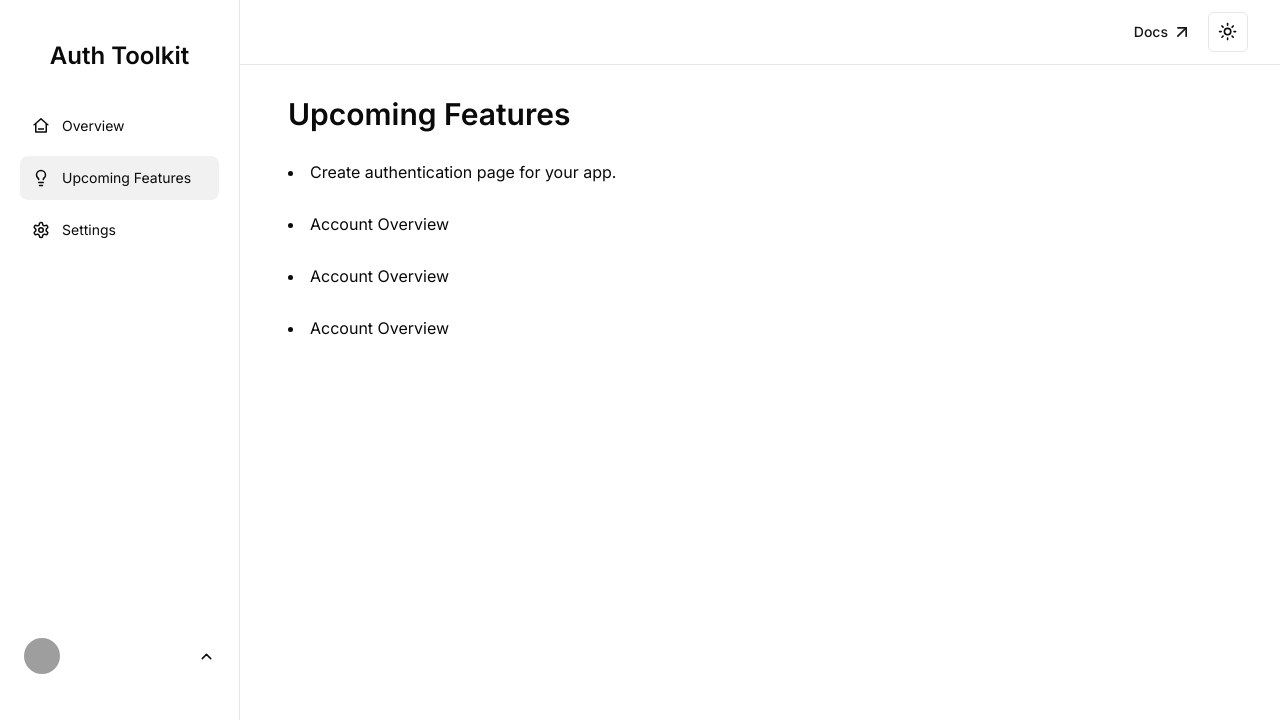
Repository: nickgoel31/authentication-toolkit
Page: /dashboard/features-todo
An editor plug-in stored every save of this project. The page is shown before and after the next save, followed by the edit.
The browser window is 1280 px wide. The pictures show the whole page.
Pictures or frames that could not be fetched are drawn as grey boxes. The page's requests for data from a server got no answer. The project was rebuilt for these pictures with package versions that can differ from the ones it lists, and the page was loaded fresh each time. The framework's server and built-in components were replaced by stand-ins that run in the browser. No one was signed in, and anything a server would have sent is missing. Also part of the build but not shown: next.config.mjs.

Above is the page before, as saved 2024-02-05 20:45:32.

### app/layout.tsx
import type { Metadata } from "next";
import { Inter } from "next/font/google";
import "./globals.css";
import { ThemeProvider } from "@/providers/theme-provider";
import { ModeToggle } from "@/components/mode-toggle";

const inter = Inter({ subsets: ["latin"] });

export const metadata: Metadata = {
  title: "Authentication App",
  description: "Generated by create next app",
};

export default function RootLayout({
  children,
}: Readonly<{
  children: React.ReactNode;
}>) {
  return (
    <html lang="en">
      <body className={inter.className}>
      <ThemeProvider
        attribute="class"
        defaultTheme="system"
        enableSystem
        disableTransitionOnChange
        >
        <div className="relative h-full">
          {children}

        </div>

      </ThemeProvider>
      </body>
    </html>
  );
}

### app/(protected)/dashboard/layout.tsx
import React from 'react'
import Sidebar from '../_components/sidebar'
import Navbar from '../_components/navbar'
import {SessionProvider} from 'next-auth/react'
import { auth } from '@/auth'

const DashboardLayout = async ({children} : {children:React.ReactNode}) => {
  const session = await auth();

  return (
    <SessionProvider session={session}>
      <div className='mx-auto flex flex-col relative pl-72 pt-24 pr-8 pb-8 h-screen'>
          <Sidebar />
          <Navbar />
          {children}
      </div>
    </SessionProvider>
  )
}

export default DashboardLayout

### app/(protected)/dashboard/features-todo/page.tsx
import React from 'react'

const FeaturesTODO = () => {
  return (
    <div className='flex flex-col space-y-7'>
        <h1 className='text-3xl font-semibold'>Upcoming Features</h1>

        <li>Create authentication page for your app.</li>
        <li>Account Overview</li>
        <li>Account Overview</li>
        <li>Account Overview</li>
    </div>
  )
}

export default FeaturesTODO

### app/globals.css
@tailwind base;
@tailwind components;
@tailwind utilities;

html,body{
  height: 100%;
}

@layer base {
  :root {
    --background: 0 0% 100%;
    --foreground: 0 0% 3.9%;

    --card: 0 0% 100%;
    --card-foreground: 0 0% 3.9%;

    --popover: 0 0% 100%;
    --popover-foreground: 0 0% 3.9%;

    --primary: 0 0% 9%;
    --primary-foreground: 0 0% 98%;

    --secondary: 0 0% 96.1%;
    --secondary-foreground: 0 0% 9%;

    --muted: 0 0% 96.1%;
    --muted-foreground: 0 0% 45.1%;

    --accent: 0 0% 96.1%;
    --accent-foreground: 0 0% 9%;

    --destructive: 0 84.2% 60.2%;
    --destructive-foreground: 0 0% 98%;

    --border: 0 0% 89.8%;
    --input: 0 0% 89.8%;
    --ring: 0 0% 3.9%;

    --radius: 0.5rem;
  }

  .dark {
    --background: 0 0% 3.9%;
    --foreground: 0 0% 98%;

    --card: 0 0% 3.9%;
    --card-foreground: 0 0% 98%;

    --popover: 0 0% 3.9%;
    --popover-foreground: 0 0% 98%;

    --primary: 0 0% 98%;
    --primary-foreground: 0 0% 9%;

    --secondary: 0 0% 14.9%;
    --secondary-foreground: 0 0% 98%;

    --muted: 0 0% 14.9%;
    --muted-foreground: 0 0% 63.9%;

    --accent: 0 0% 14.9%;
    --accent-foreground: 0 0% 98%;

    --destructive: 0 62.8% 30.6%;
    --destructive-foreground: 0 0% 98%;

    --border: 0 0% 14.9%;
    --input: 0 0% 14.9%;
    --ring: 0 0% 83.1%;
  }
}

@layer base {
  * {
    @apply border-border;
  }
  body {
    @apply bg-background text-foreground;
  }
}

### app/(protected)/_components/sidebar.tsx
"use client"

import { Button } from '@/components/ui/button';
import { cn } from '@/lib/utils';
import { Home, HomeIcon, Lightbulb, LightbulbOff, Lock, LucideHome, Settings } from 'lucide-react'
import { signOut, useSession } from 'next-auth/react';
import Link from 'next/link'
import { usePathname } from 'next/navigation';
import React from 'react'
import { RiHome3Line } from "react-icons/ri";
import UserButton from './user-button';

const sidebarLinks = [
    {
        icon: <RiHome3Line size={18}/>,
        name: "Overview",
        path: "/dashboard"
    },
    {
        icon: <Lightbulb size={18}/>,
        name: "Upcoming Features",
        path: "/dashboard/features-todo"
    },
    {
        icon: <Settings size={18}/>,
        name: "Settings",
        path: "/dashboard/settings"
    },
]


const Sidebar = () => {

    const path = usePathname()



  return (
    <div className='border-r bg-background z-[12] w-60 h-full fixed top-0 left-0 py-10 flex flex-col space-y-8 justify-between px-5'>
        <div className='flex flex-col space-y-8'>
            <h1 className='font-semibold text-2xl text-center'>Auth Toolkit</h1>

            <div className='flex flex-col gap-2'>
                {sidebarLinks.map((link) => (
                    <Link key={link.path} href={link.path} className={cn('flex gap-3 text-sm items-center hover:bg-neutral-500/10 dark:hover:bg-neutral-100/10 p-3 rounded-lg transition', path === link.path ? "bg-neutral-500/10 dark:bg-neutral-100/10" : "")}>
                        {link.icon}
                        {link.name}
                    </Link>
                ))}
            </div>
        </div>

        <div className=''>
            <UserButton />
        </div>
    </div>
  )
}

export default Sidebar

### app/(protected)/_components/navbar.tsx
import { ModeToggle } from '@/components/mode-toggle'
import { Button } from '@/components/ui/button'
import { ArrowUpRightIcon } from 'lucide-react'
import Link from 'next/link'
import React from 'react'

const Navbar = () => {
  return (
    <div className='border-b w-full fixed top-0 left-0 pl-60 z-[10] bg-background py-3 px-8 items-center flex justify-end'>
        <Button variant={"link"} className='group transition'>
            <Link href={"/docs"} className='flex gap-1 items-center font-medium'>
                Docs <ArrowUpRightIcon className='group-hover:translate-x-[2px] group-hover:-translate-y-[2px] transition'  size={20}/>
            </Link>
        </Button>
        <ModeToggle />
    </div>
  )
}

export default Navbar

### auth.ts
import NextAuth, { Session } from "next-auth"
import { PrismaAdapter } from "@auth/prisma-adapter"
import { PrismaClient } from "@prisma/client"
import authConfig from "./auth.config"
import { db } from "./lib/db"
import { JWT } from "next-auth/jwt"
import { getUserById } from "./helpers/auth-helper"

const prisma = new PrismaClient()

export const {
  handlers: {GET, POST},
  auth,
  signIn,
  signOut,
 } = NextAuth({

  pages: {
    signIn: "/sign-in",
    error: "/auth/error"
  },


  events:{
    async linkAccount({user}) {
      await db.user.update({
        where: {id: user.id},
        data: {emailVerified: new Date()}
      })
    }
  },


  callbacks:{

    async signIn({user, account}){

      if(account?.provider !== "credentials") return true;

      if(user.id){
        const existingUser = await getUserById(user.id);

        if(!existingUser || !existingUser.emailVerified){
          return false;
        }
      }

      return true;
    },

    async jwt({token}){
      if(!token.sub) return token;

      const existingUser = await getUserById(token.sub)

      if(!existingUser) return token;

      token.role = existingUser.role;
      token.userName = existingUser.userName;
      return token;
    },

    async session({token, session} : {session:Session, token?: JWT}){
      if (token) {
        if(session.user){
          session.user.id = token.sub;
        }

        if(token.role && session.user){
          session.user.role = token.role;
        }

        if(token.userName && session.user){
          session.user.userName = token.userName;
        }
      }
      return session;
    }
  },

  adapter: PrismaAdapter(db),
  session: { strategy: "jwt" },
  ...authConfig,
})

### app/(protected)/_components/user-button.tsx
import { signOut, useSession } from 'next-auth/react';
import React from 'react'

import {
    DropdownMenu,
    DropdownMenuContent,
    DropdownMenuItem,
    DropdownMenuLabel,
    DropdownMenuSeparator,
    DropdownMenuTrigger,
  } from "@/components/ui/dropdown-menu"

import { Avatar, AvatarFallback, AvatarImage } from "@/components/ui/avatar"
import { ChevronUp, User2Icon, UserIcon } from 'lucide-react';
import { Button } from '@/components/ui/button';



const UserButton = () => {
    const session = useSession()

    const onClick = () => {
        signOut();
    }

  return (
    <DropdownMenu>
        <DropdownMenuTrigger className='w-full rounded-md overflow-hidden'>
            <div className='flex items-center justify-between gap-3 hover:bg-neutral-500/10 w-full p-1'>
                <div className='flex items-center gap-2'>
                    <Avatar className='w-9 h-9'>
                        <AvatarImage src="https://github.com/shadcn3.png" />
                        <AvatarFallback>
                            <UserIcon size={18}/>
                        </AvatarFallback>
                    </Avatar>

                    <h2 className='text-xs'>{session.data?.user.userName}</h2>
                </div>
                <span className='text-xs'>
                    <ChevronUp size={17}/>
                </span>
            </div>

        </DropdownMenuTrigger>

        <DropdownMenuContent>
            <DropdownMenuLabel>{session.data?.user.userName}</DropdownMenuLabel>
            <DropdownMenuSeparator />
            <DropdownMenuItem onClick={onClick} className='text-destructive dark:text-red-500 w-full cursor-pointer hover:bg-destructive/20 flex items-center justify-center'>
                Log out
            </DropdownMenuItem>
        </DropdownMenuContent>
    </DropdownMenu>

  )
}

export default UserButton

### components/mode-toggle.tsx
"use client"

import * as React from "react"
import { Moon, Sun } from "lucide-react"
import { useTheme } from "next-themes"

import { Button } from "@/components/ui/button"
import {
  DropdownMenu,
  DropdownMenuContent,
  DropdownMenuItem,
  DropdownMenuTrigger,
} from "@/components/ui/dropdown-menu"

export function ModeToggle() {
  const { setTheme } = useTheme()

  return (
    <DropdownMenu>
      <DropdownMenuTrigger asChild>
        <Button variant="outline" size="icon">
          <Sun className="h-[1.2rem] w-[1.2rem] rotate-0 scale-100 transition-all dark:-rotate-90 dark:scale-0" />
          <Moon className="absolute h-[1.2rem] w-[1.2rem] rotate-90 scale-0 transition-all dark:rotate-0 dark:scale-100" />
          <span className="sr-only">Toggle theme</span>
        </Button>
      </DropdownMenuTrigger>
      <DropdownMenuContent align="end">
        <DropdownMenuItem onClick={() => setTheme("light")}>
          Light
        </DropdownMenuItem>
        <DropdownMenuItem onClick={() => setTheme("dark")}>
          Dark
        </DropdownMenuItem>
        <DropdownMenuItem onClick={() => setTheme("system")}>
          System
        </DropdownMenuItem>
      </DropdownMenuContent>
    </DropdownMenu>
  )
}

### components/ui/button.tsx
import * as React from "react"
import { Slot } from "@radix-ui/react-slot"
import { cva, type VariantProps } from "class-variance-authority"

import { cn } from "@/lib/utils"

const buttonVariants = cva(
  "inline-flex items-center justify-center whitespace-nowrap rounded-md text-sm font-medium ring-offset-background transition-colors focus-visible:outline-none focus-visible:ring-2 focus-visible:ring-ring focus-visible:ring-offset-2 disabled:pointer-events-none disabled:opacity-50",
  {
    variants: {
      variant: {
        default: "bg-primary text-primary-foreground hover:bg-primary/90",
        destructive:
          "bg-destructive text-destructive-foreground hover:bg-destructive/90",
        outline:
          "border border-input bg-background hover:bg-accent hover:text-accent-foreground",
        secondary:
          "bg-secondary text-secondary-foreground hover:bg-secondary/80",
        ghost: "hover:bg-accent hover:text-accent-foreground",
        link: "text-primary underline-offset-4 hover:underline",
      },
      size: {
        default: "h-10 px-4 py-2",
        sm: "h-9 rounded-md px-3",
        lg: "h-11 rounded-md px-8",
        icon: "h-10 w-10",
      },
    },
    defaultVariants: {
      variant: "default",
      size: "default",
    },
  }
)

export interface ButtonProps
  extends React.ButtonHTMLAttributes<HTMLButtonElement>,
    VariantProps<typeof buttonVariants> {
  asChild?: boolean
}

const Button = React.forwardRef<HTMLButtonElement, ButtonProps>(
  ({ className, variant, size, asChild = false, ...props }, ref) => {
    const Comp = asChild ? Slot : "button"
    return (
      <Comp
        className={cn(buttonVariants({ variant, size, className }))}
        ref={ref}
        {...props}
      />
    )
  }
)
Button.displayName = "Button"

export { Button, buttonVariants }

### auth.config.ts
import Credentials from "next-auth/providers/credentials"
import Github from "next-auth/providers/github"

import type { NextAuthConfig } from "next-auth"
import { loginSchema } from "./schemas"
import { getUserByEmail } from "./helpers/auth-helper"
import bcryptjs from "bcryptjs"

export default {



  providers: [
    Credentials({
      async authorize(credentials) {
        const validatedFields = loginSchema.safeParse(credentials)

        if(validatedFields.success){
          const {email, password} = validatedFields.data

          const user = await getUserByEmail(email);

          if(!user || !user.password) return null;

          const passwordsMatch = await bcryptjs.compare(
            password,
            user.password
          )

          if(passwordsMatch) return user;
        }

        return null;
      }
    }),

    Github({
      clientId: process.env.GITHUB_CLIENT_ID,
      clientSecret: process.env.GITHUB_CLIENT_SECRET,
    })
  ],
} satisfies NextAuthConfig

### lib/db.ts
import { PrismaClient } from "@prisma/client";

declare global {
    var prisma: PrismaClient | undefined;
}

export const db = globalThis.prisma || new PrismaClient()
if (process.env.NODE_ENV !== 'production') globalThis.prisma = db

### helpers/auth-helper.ts
import { db } from "@/lib/db";

export const getUserByEmail = async (email: string) => {

    const user = await db.user.findUnique({
        where:{
            email
        }
    })

    return user;

}

export const getUserByUserName = async (userName: string) => {

    const user = await db.user.findUnique({
        where:{
            userName
        }
    })

    return user;

}

export const getUserById = async (id: string) => {

    const user = await db.user.findUnique({
        where:{
            id
        }
    })

    return user;

}

### components/ui/dropdown-menu.tsx
"use client"

import * as React from "react"
import * as DropdownMenuPrimitive from "@radix-ui/react-dropdown-menu"
import { Check, ChevronRight, Circle } from "lucide-react"

import { cn } from "@/lib/utils"

const DropdownMenu = DropdownMenuPrimitive.Root

const DropdownMenuTrigger = DropdownMenuPrimitive.Trigger

const DropdownMenuGroup = DropdownMenuPrimitive.Group

const DropdownMenuPortal = DropdownMenuPrimitive.Portal

const DropdownMenuSub = DropdownMenuPrimitive.Sub

const DropdownMenuRadioGroup = DropdownMenuPrimitive.RadioGroup

const DropdownMenuSubTrigger = React.forwardRef<
  React.ElementRef<typeof DropdownMenuPrimitive.SubTrigger>,
  React.ComponentPropsWithoutRef<typeof DropdownMenuPrimitive.SubTrigger> & {
    inset?: boolean
  }
>(({ className, inset, children, ...props }, ref) => (
  <DropdownMenuPrimitive.SubTrigger
    ref={ref}
    className={cn(
      "flex cursor-default select-none items-center rounded-sm px-2 py-1.5 text-sm outline-none focus:bg-accent data-[state=open]:bg-accent",
      inset && "pl-8",
      className
    )}
    {...props}
  >
    {children}
    <ChevronRight className="ml-auto h-4 w-4" />
  </DropdownMenuPrimitive.SubTrigger>
))
DropdownMenuSubTrigger.displayName =
  DropdownMenuPrimitive.SubTrigger.displayName

const DropdownMenuSubContent = React.forwardRef<
  React.ElementRef<typeof DropdownMenuPrimitive.SubContent>,
  React.ComponentPropsWithoutRef<typeof DropdownMenuPrimitive.SubContent>
>(({ className, ...props }, ref) => (
  <DropdownMenuPrimitive.SubContent
    ref={ref}
    className={cn(
      "z-50 min-w-[8rem] overflow-hidden rounded-md border bg-popover p-1 text-popover-foreground shadow-lg data-[state=open]:animate-in data-[state=closed]:animate-out data-[state=closed]:fade-out-0 data-[state=open]:fade-in-0 data-[state=closed]:zoom-out-95 data-[state=open]:zoom-in-95 data-[side=bottom]:slide-in-from-top-2 data-[side=left]:slide-in-from-right-2 data-[side=right]:slide-in-from-left-2 data-[side=top]:slide-in-from-bottom-2",
      className
    )}
    {...props}
  />
))
DropdownMenuSubContent.displayName =
  DropdownMenuPrimitive.SubContent.displayName

const DropdownMenuContent = React.forwardRef<
  React.ElementRef<typeof DropdownMenuPrimitive.Content>,
  React.ComponentPropsWithoutRef<typeof DropdownMenuPrimitive.Content>
>(({ className, sideOffset = 4, ...props }, ref) => (
  <DropdownMenuPrimitive.Portal>
    <DropdownMenuPrimitive.Content
      ref={ref}
      sideOffset={sideOffset}
      className={cn(
        "z-50 min-w-[8rem] overflow-hidden rounded-md border bg-popover p-1 text-popover-foreground shadow-md data-[state=open]:animate-in data-[state=closed]:animate-out data-[state=closed]:fade-out-0 data-[state=open]:fade-in-0 data-[state=closed]:zoom-out-95 data-[state=open]:zoom-in-95 data-[side=bottom]:slide-in-from-top-2 data-[side=left]:slide-in-from-right-2 data-[side=right]:slide-in-from-left-2 data-[side=top]:slide-in-from-bottom-2",
        className
      )}
      {...props}
    />
  </DropdownMenuPrimitive.Portal>
))
DropdownMenuContent.displayName = DropdownMenuPrimitive.Content.displayName

const DropdownMenuItem = React.forwardRef<
  React.ElementRef<typeof DropdownMenuPrimitive.Item>,
  React.ComponentPropsWithoutRef<typeof DropdownMenuPrimitive.Item> & {
    inset?: boolean
  }
>(({ className, inset, ...props }, ref) => (
  <DropdownMenuPrimitive.Item
    ref={ref}
    className={cn(
      "relative flex cursor-default select-none items-center rounded-sm px-2 py-1.5 text-sm outline-none transition-colors focus:bg-accent focus:text-accent-foreground data-[disabled]:pointer-events-none data-[disabled]:opacity-50",
      inset && "pl-8",
      className
    )}
    {...props}
  />
))
DropdownMenuItem.displayName = DropdownMenuPrimitive.Item.displayName

const DropdownMenuCheckboxItem = React.forwardRef<
  React.ElementRef<typeof DropdownMenuPrimitive.CheckboxItem>,
  React.ComponentPropsWithoutRef<typeof DropdownMenuPrimitive.CheckboxItem>
>(({ className, children, checked, ...props }, ref) => (
  <DropdownMenuPrimitive.CheckboxItem
    ref={ref}
    className={cn(
      "relative flex cursor-default select-none items-center rounded-sm py-1.5 pl-8 pr-2 text-sm outline-none transition-colors focus:bg-accent focus:text-accent-foreground data-[disabled]:pointer-events-none data-[disabled]:opacity-50",
      className
    )}
    checked={checked}
    {...props}
  >
    <span className="absolute left-2 flex h-3.5 w-3.5 items-center justify-center">
      <DropdownMenuPrimitive.ItemIndicator>
        <Check className="h-4 w-4" />
      </DropdownMenuPrimitive.ItemIndicator>
    </span>
    {children}
  </DropdownMenuPrimitive.CheckboxItem>
))
DropdownMenuCheckboxItem.displayName =
  DropdownMenuPrimitive.CheckboxItem.displayName

const DropdownMenuRadioItem = React.forwardRef<
  React.ElementRef<typeof DropdownMenuPrimitive.RadioItem>,
  React.ComponentPropsWithoutRef<typeof DropdownMenuPrimitive.RadioItem>
>(({ className, children, ...props }, ref) => (
  <DropdownMenuPrimitive.RadioItem
    ref={ref}
    className={cn(
      "relative flex cursor-default select-none items-center rounded-sm py-1.5 pl-8 pr-2 text-sm outline-none transition-colors focus:bg-accent focus:text-accent-foreground data-[disabled]:pointer-events-none data-[disabled]:opacity-50",
      className
    )}
    {...props}
  >
    <span className="absolute left-2 flex h-3.5 w-3.5 items-center justify-center">
      <DropdownMenuPrimitive.ItemIndicator>
        <Circle className="h-2 w-2 fill-current" />
      </DropdownMenuPrimitive.ItemIndicator>
    </span>
    {children}
  </DropdownMenuPrimitive.RadioItem>
))
DropdownMenuRadioItem.displayName = DropdownMenuPrimitive.RadioItem.displayName

const DropdownMenuLabel = React.forwardRef<
  React.ElementRef<typeof DropdownMenuPrimitive.Label>,
  React.ComponentPropsWithoutRef<typeof DropdownMenuPrimitive.Label> & {
    inset?: boolean
  }
>(({ className, inset, ...props }, ref) => (
  <DropdownMenuPrimitive.Label
    ref={ref}
    className={cn(
      "px-2 py-1.5 text-sm font-semibold",
      inset && "pl-8",
      className
    )}
    {...props}
  />
))
DropdownMenuLabel.displayName = DropdownMenuPrimitive.Label.displayName

const DropdownMenuSeparator = React.forwardRef<
  React.ElementRef<typeof DropdownMenuPrimitive.Separator>,
  React.ComponentPropsWithoutRef<typeof DropdownMenuPrimitive.Separator>
>(({ className, ...props }, ref) => (
  <DropdownMenuPrimitive.Separator
    ref={ref}
    className={cn("-mx-1 my-1 h-px bg-muted", className)}
    {...props}
  />
))
DropdownMenuSeparator.displayName = DropdownMenuPrimitive.Separator.displayName

const DropdownMenuShortcut = ({
  className,
  ...props
}: React.HTMLAttributes<HTMLSpanElement>) => {
  return (
    <span
      className={cn("ml-auto text-xs tracking-widest opacity-60", className)}
      {...props}
    />
  )
}
DropdownMenuShortcut.displayName = "DropdownMenuShortcut"

export {
  DropdownMenu,
  DropdownMenuTrigger,
  DropdownMenuContent,
  DropdownMenuItem,
  DropdownMenuCheckboxItem,
  DropdownMenuRadioItem,
  DropdownMenuLabel,
  DropdownMenuSeparator,
  DropdownMenuShortcut,
  DropdownMenuGroup,
  DropdownMenuPortal,
  DropdownMenuSub,
  DropdownMenuSubContent,
  DropdownMenuSubTrigger,
  DropdownMenuRadioGroup,
}

### components/ui/avatar.tsx
"use client"

import * as React from "react"
import * as AvatarPrimitive from "@radix-ui/react-avatar"

import { cn } from "@/lib/utils"

const Avatar = React.forwardRef<
  React.ElementRef<typeof AvatarPrimitive.Root>,
  React.ComponentPropsWithoutRef<typeof AvatarPrimitive.Root>
>(({ className, ...props }, ref) => (
  <AvatarPrimitive.Root
    ref={ref}
    className={cn(
      "relative flex h-10 w-10 shrink-0 overflow-hidden rounded-full",
      className
    )}
    {...props}
  />
))
Avatar.displayName = AvatarPrimitive.Root.displayName

const AvatarImage = React.forwardRef<
  React.ElementRef<typeof AvatarPrimitive.Image>,
  React.ComponentPropsWithoutRef<typeof AvatarPrimitive.Image>
>(({ className, ...props }, ref) => (
  <AvatarPrimitive.Image
    ref={ref}
    className={cn("aspect-square h-full w-full", className)}
    {...props}
  />
))
AvatarImage.displayName = AvatarPrimitive.Image.displayName

const AvatarFallback = React.forwardRef<
  React.ElementRef<typeof AvatarPrimitive.Fallback>,
  React.ComponentPropsWithoutRef<typeof AvatarPrimitive.Fallback>
>(({ className, ...props }, ref) => (
  <AvatarPrimitive.Fallback
    ref={ref}
    className={cn(
      "flex h-full w-full items-center justify-center rounded-full bg-muted",
      className
    )}
    {...props}
  />
))
AvatarFallback.displayName = AvatarPrimitive.Fallback.displayName

export { Avatar, AvatarImage, AvatarFallback }

### schemas/index.ts
import {z} from "zod"

export const loginSchema = z.object({
    email: z.string().email(),
    password: z.string().min(1, {
        message: "Password must not be empty"
    })
})

export const registerSchema = z.object({
    userName:  z.string().min(4,{message: "Username cannot be blank"}),
    email: z.string().email(),
    password: z.string().min(5, {
        message: "Password must contain at least 5 characters"
    }).includes("@",{
        message: "Password should contain @ symbol"
    })
})

Loaded but not shown: providers/theme-provider.tsx (common file); lib/utils.ts (common file); tailwind.config.ts (common file)

After the next save:
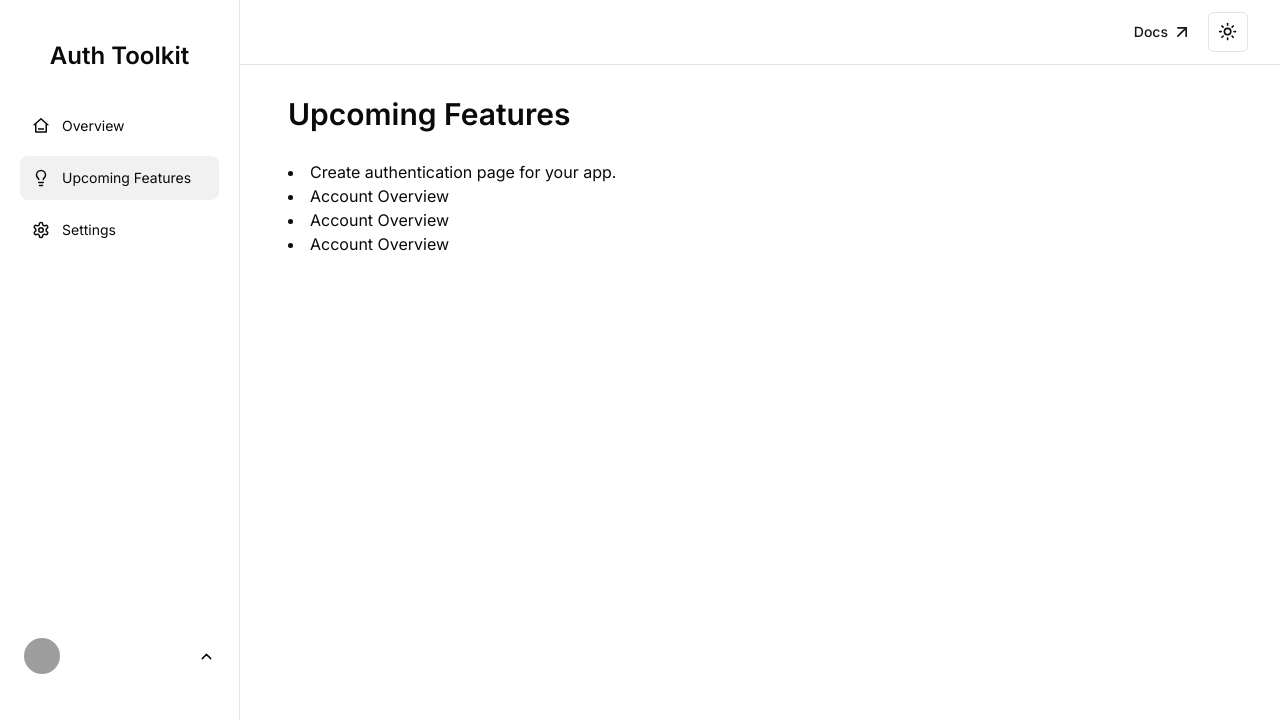
Saved 7 s later.
--- a/app/(protected)/dashboard/features-todo/page.tsx
+++ b/app/(protected)/dashboard/features-todo/page.tsx
@@ -5,10 +5,12 @@ const FeaturesTODO = () => {
     <div className='flex flex-col space-y-7'>
         <h1 className='text-3xl font-semibold'>Upcoming Features</h1>
 
-        <li>Create authentication page for your app.</li>
-        <li>Account Overview</li>
-        <li>Account Overview</li>
-        <li>Account Overview</li>
+        <div>
+            <li>Create authentication page for your app.</li>
+            <li>Account Overview</li>
+            <li>Account Overview</li>
+            <li>Account Overview</li>
+        </div>
     </div>
   )
 }
